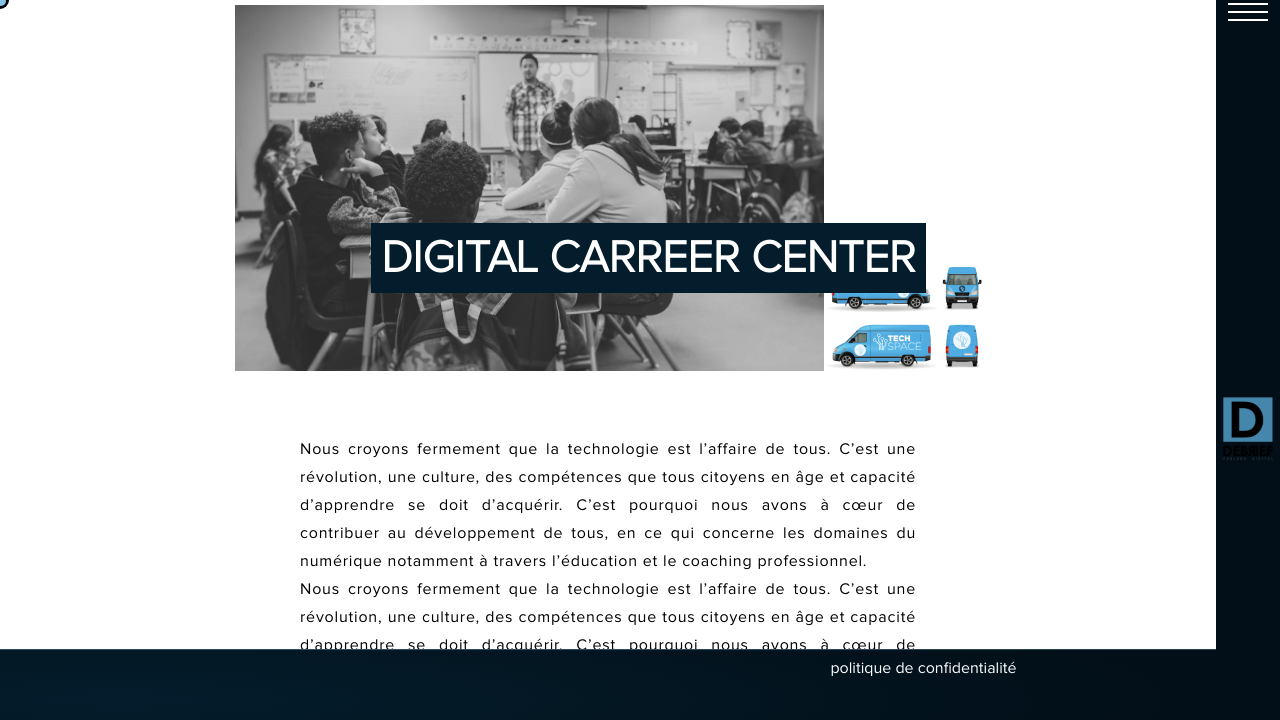
Repository: keloriane/debriefs
Page: /techspace/digital-career
These files come from the project's save history. The page is drawn as it stood at one moment and after the next save; the edit follows.
The browser window is 1280 px wide. The pictures show the whole page.
The project was rebuilt for these pictures with package versions that can differ from the ones it lists, and the page was loaded fresh each time. Also part of the build but not shown: src/components/Title/Title.jsx, src/components/BreadCrumbs/HomeB.jsx, src/components/page/Contact/Contact.jsx, src/components/Nav/Nav.jsx, src/components/page/Home/Home.jsx, src/components/page/Main/Main.jsx, src/components/page/Service/Services.jsx, src/components/page/Service/ServiceDetails.jsx and 8 more. Imported but missing from the stored project, and not drawn on this page: src/assets/video/video.mp4.

Above is the page before, as saved 2020-07-28 12:18:26.

After the next save:
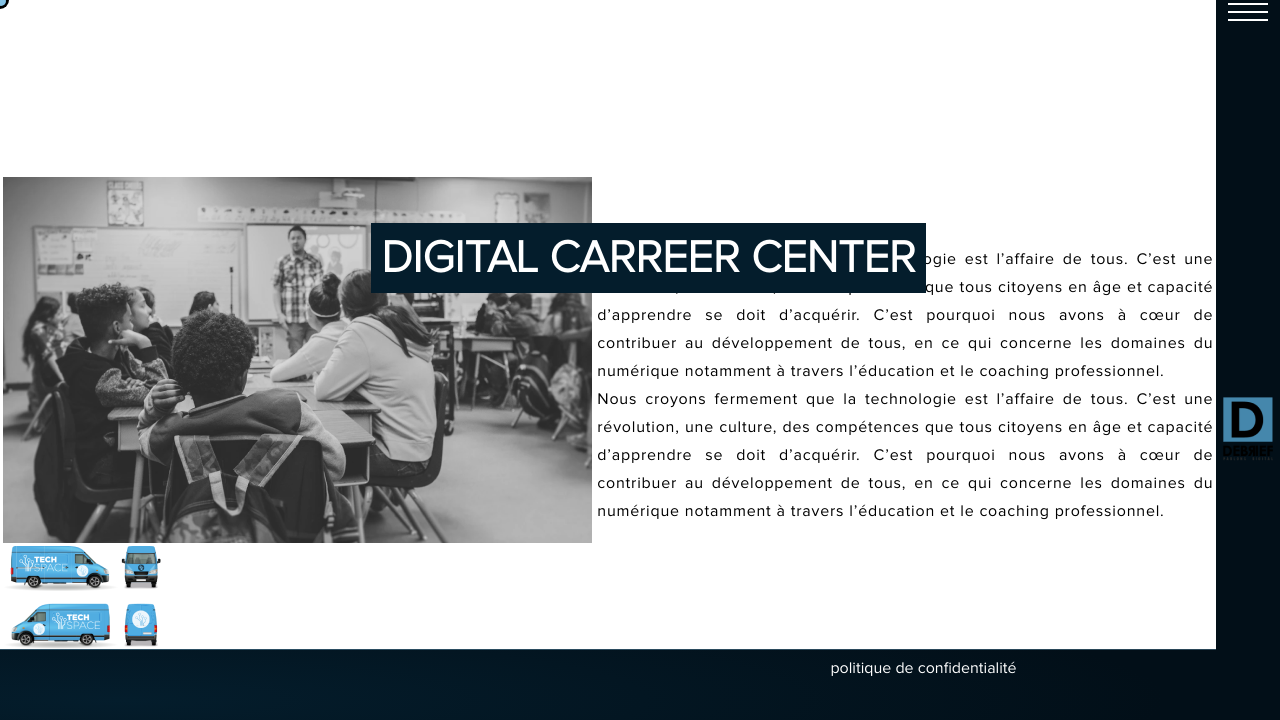
Saved 58 s later.
--- a/src/components/page/Dcg/dcg.scss
+++ b/src/components/page/Dcg/dcg.scss
@@ -13,6 +13,19 @@
     justify-content: space-around;
     align-items: center;
     flex-flow: wrap;
+    .dcg-image-container {
+      .inner-image {
+        width: 589px;
+        height: 366px;
+        position: relative;
+      }
+      .inner-image {
+          .bus{
+            bottom: 0;
+            right: -20px;
+          }
+      }
+    }
     .inner-text-content {
       .title-back-layer {
         position: absolute;
@@ -50,7 +63,6 @@
 
           text-align: justify;
           letter-spacing: 0.05em;
-
         }
       }
     }
